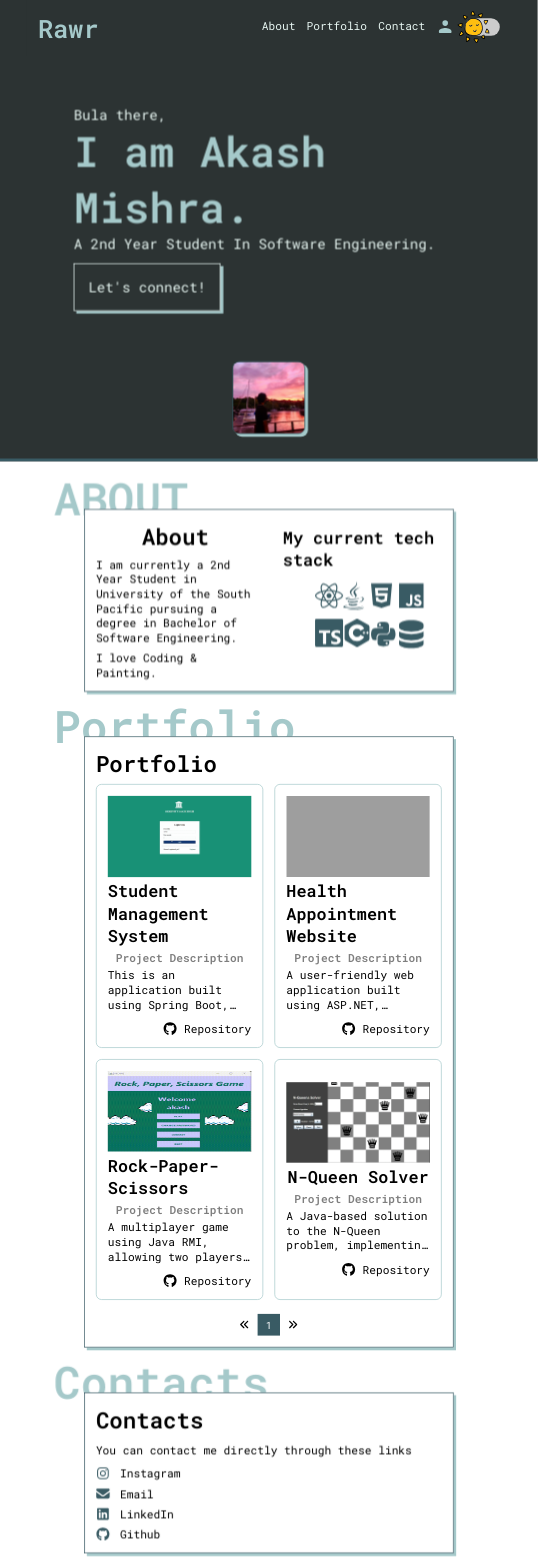
Repository: akashrawr/portfolio
Page: /
These files come from the project's save history. The page is drawn as it stood at one moment and after the next save; the edit follows.
The browser window is 768 px wide. The pictures show the part of the page from y = 0 to 2240 px (the page is 2401 px tall before and 2645 px after), at 70% of full size.
Pictures or frames that could not be fetched are drawn as grey boxes. The project was rebuilt for these pictures with package versions that can differ from the ones it lists, and the page was loaded fresh each time.

Above is the page before, as saved 2025-01-01 21:03:29.

### public/index.html
<!DOCTYPE html>
<html lang="en">
  <head>
    <meta charset="utf-8" />
    <link rel="icon" href="%PUBLIC_URL%/favicon.ico" />
    <meta name="viewport" content="width=device-width, initial-scale=1" />
    <meta name="theme-color" content="#000000" />
    <meta
      name="description"
      content="Personal web Portfolio"
    />
    <link rel="apple-touch-icon" href="%PUBLIC_URL%/logo192.png" />
    <!--
      manifest.json provides metadata used when your web app is installed on a
      user's mobile device or desktop. See https://developers.google.com/web/fundamentals/web-app-manifest/
    -->
    <link rel="manifest" href="%PUBLIC_URL%/manifest.json" />
    <!--
      Notice the use of %PUBLIC_URL% in the tags above.
      It will be replaced with the URL of the `public` folder during the build.
      Only files inside the `public` folder can be referenced from the HTML.

      Unlike "/favicon.ico" or "favicon.ico", "%PUBLIC_URL%/favicon.ico" will
      work correctly both with client-side routing and a non-root public URL.
      Learn how to configure a non-root public URL by running `npm run build`.
    -->
    <title>akashrawr</title>
  </head>
  <body>
    <noscript>You need to enable JavaScript to run this app.</noscript>
    <div id="root"></div>
    <!--
      This HTML file is a template.
      If you open it directly in the browser, you will see an empty page.

      You can add webfonts, meta tags, or analytics to this file.
      The build step will place the bundled scripts into the <body> tag.

      To begin the development, run `npm start` or `yarn start`.
      To create a production bundle, use `npm run build` or `yarn build`.
    -->
  </body>
</html>

### src/App.js
import React, { useState, useEffect } from 'react';
import './App.css';
import AOS from 'aos';
import 'aos/dist/aos.css';

// Import components
import Header from './components/Header';
import Hero from './components/Hero';
import About from './components/About';
import Portfolio from './components/Portfolio';
import Contact from './components/Contact';
import Footer from './components/Footer';

function App() {
  useEffect(() => {
    AOS.init({ once: true, delay: 0 });
  }, []);

  const [isNavVisible, setIsNavVisible] = useState(false);
  const [darkMode, setDarkMode] = useState(false);

  const toggleNav = () => {
    setIsNavVisible(!isNavVisible);
  };

  const toggleDarkMode = () => {
    setDarkMode(!darkMode);
    document.body.classList.toggle('dark-mode', !darkMode);
  };

  return (
    <div>
      <Header
        isNavVisible={isNavVisible}
        toggleNav={toggleNav}
        darkMode={darkMode}
        toggleDarkMode={toggleDarkMode}
      />
      <main>

        <Hero />
        <About />
        <Portfolio />
        <Contact />
      </main>
      <Footer />
    </div>
  );
}

export default App;

### src/App.css
@import url("https://fonts.googleapis.com/css2?family=Roboto+Mono:wght@300;400;600&display=swap");

:root {
  --primary-color: #2c3333;
  --secondary-color: #395b64;
  --accent-1: #a5c9ca;
  --accent-2: #e7f6f2;
  --neutral-1: black;
  --neutral-2: white;
  --neutral-3: white;
  --neutral-4: black;
  --icon-1: #395b64;

  --dark-primary-color: #121212;
  --dark-secondary-color: #1f1f1f;
  --dark-accent-1: #6c757d;
  --dark-accent-2: #adb5bd;
  --dark-neutral-1: #ffffff;
  --dark-neutral-2: #121212;
  --dark-neutral-3:#1f1f1f;
  --dark-neutral-4: #938f8f;
  --dark-icon-1: #938f8f;

}

*,
*::after,
*::before {
  margin: 0;
  padding: 0;
  font-family: "Roboto Mono", monospace;
  box-sizing: border-box;


}

html {
  scroll-behavior: smooth;
}

body {
  overflow-x: hidden;
  background-color: var(--neutral-3);
  color: var(--neutral-1);
  font-family: "Roboto Mono", monospace;
}

body.dark-mode {
  --primary-color: var(--dark-primary-color);
  --secondary-color: var(--dark-secondary-color);
  --accent-1: var(--dark-accent-1);
  --accent-2: var(--dark-accent-2);
  --neutral-1: var(--dark-neutral-1);
  --neutral-2: var(--dark-neutral-2);
  --neutral-3: var(--dark-neutral-3);
  --neutral-4: var(--dark-neutral-4);
  --icon-1:var(--dark-icon-1);
}


/* Navbar styles */

header {
  display: flex;
  align-items: center;
  justify-content: center;

  max-width: 100vw;
  background-color: var(--primary-color);
}

a {
  font-size: 14px;
  text-decoration: none;
}

h1 {
  font-family: "Roboto Mono", monospace;
}

.navbar-nav {
  display: flex;
  align-items: center;
  justify-content: space-between;
  background-color: var(--primary-color);
  padding: 1rem;
  width: 90%;
}

.nav-logo {
  grid-column: 1;
}

.nav-logo > h1 {
  font-size: 30px;
  color: var(--accent-1);
}

.primary-nav {
  display: flex;
  list-style: none;
  gap: 16px;

  grid-column: 2;
  justify-self: end;
}

.mobile-nav-toggle {
  display: none;
  cursor: pointer;
}

.nav-link:link,
.nav-link:visited {
  font-size: 16px;
  color: var(--accent-2);

  transition: 300ms ease-in-out;
}

.nav-link:hover {
  font-weight: 600;
  color: var(--accent-1);
}

.user-icon {
  width: 24px;
  height: 24px;
  fill: var(--accent-1);
  transition: fill 0.3s ease;
}

.user-icon:hover {
  fill: var(--accent-1);
}

/* Dark mode toggle button */
.theme-toggle {
  background: none;
  border: none;
  cursor: pointer;
  padding: 8px;
  display: flex;
  align-items: center;
}

.nav-icons {
  --size: 30px;
  width: var(--size);
  aspect-ratio: 1;
  cursor: pointer;
}



@media only screen and (max-width: 35em) {
  .primary-nav {
    position: fixed;
    top: 0;
    right: 0;
    bottom: 0;
    width: 125px;

    flex-direction: column;
    padding: min(15vh, 3rem) 1rem;
    background-color: var(--primary-color);
    border-left: 2px solid rgb(111, 111, 111); /* Add this line for the left border */

    z-index: 9999;

    transform: translateX(100%);
    transition: transform 350ms ease-out;
  }


  .nav-link:link,
  .nav-link:visited {
    font-size: 15px;
    color: var(--accent-1);
  }

  .primary-nav[data-visible="true"] {
    transform: translateX(0%);
  }

  .mobile-nav-toggle[aria-expanded="true"] {
    background: url('data:[embedded picture, 416 characters]') center center no-repeat;
  }

  .mobile-nav-toggle {
    display: block;
    position: absolute;
    background: url('data:[embedded picture, 417 characters]') center center no-repeat;

    width: 1.25rem;
    aspect-ratio: 1;

    border: none;

    top: 1.4rem;
    right: 2.5rem;
    z-index: 10000;

    transition: 250ms ease-in-out;
  }
}

/* Section styles */

section {
  display: flex;
  align-items: center;
  justify-content: center;

  max-width: 100vw;
  position: relative;
}

/* HERO SECTION */
#hero {
  background-color: var(--primary-color);
  border-bottom: 4px solid var(--icon-1);
  padding: 2.2rem;
}

/* Main container for text and image */
.hero-main-container {
  display: flex;
  flex-wrap: wrap;
  align-items: center;
  justify-content: space-between;
  gap: 16px;
}

/* Text Container */
.hero-container {
  flex: 1;
  display: flex;
  flex-direction: column;
  gap: 16px;
  padding: 2.2rem;
  width: 90%;
  height: 350px;
  animation: fade-in 500ms linear forwards;
}

.hero-text-container > h2 {
  font-size: 28px;
  color: var(--accent-1);
}

.hero-text-container > p {
  font-size: 12px;
  color: var(--accent-2);
}

.hero-button {
  align-self: flex-start;

  font-size: 14px;
  padding: 1em;

  color: var(--accent-2);
  background-color: transparent;

  border: 1px solid var(--accent-2);
  box-shadow: 4px 4px 0px var(--accent-1);

  transition: 300ms ease-in-out;
}

.hero-button:hover {
  background-color: var(--accent-2);
  color: var(--primary-color);
  box-shadow: 6px 6px 0px var(--secondary-color);
}

/* Image Container */
.hero-img {
  flex: 1;
  display: flex;
  justify-content: center;
  align-items: center;
}

.hero-image {
  max-width: 50%;
  height: auto;
  border-radius: 10px;
  box-shadow: 0 4px 8px rgba(0, 0, 0, 0.1);
  border: 1px solid var(--secondary-color);
  background-color: var(--neutral-2);
  box-shadow: 4px 4px 0px var(--accent-1);
}


/* Responsive Styles */
@media screen and (max-width: 768px) {
  .hero-main-container {
    flex-direction: column;
  }

  .hero-img {
    margin-top: 20px;
    max-width: 30%;
    height: auto;
  }

  .hero-text-container {
    text-align: left;
  }
}
.hero-text-container > h2 {
  font-size: 20px;
  color: var(--accent-1);
}
.project-card > h3 {
  font-size: 12px;
  color: var(--secondary-color);
}

/* ABOUT */

#about {
  padding: 2rem;
  margin-top: 36px;
  animation: fade-in 500ms linear forwards;

}

.wave-asset {
  width: 100%;
  position: absolute;

  top: 0;
  left: 0;
}

.about-container {
  display: flex;
  align-items: center;
  justify-content: center;
  background-color: var(--neutral-2);
  width: 90%;
  z-index: 999;
}

.about-card,
.portfolio-card,
.contact-card {
  display: flex;
  flex-direction: column;
  gap: 16px;
  border: 1px solid var(--secondary-color);
  background-color: var(--neutral-2);

  width: 100%;
  padding: 1rem;

  box-shadow: 4px 4px 0px var(--accent-1);
}

.about-content,
.portfolio-content {
  width: 100%;
  display: flex;
  flex-direction: column;
  gap: 8px;
}

.about-content > h2,
.about-content > h3 {
  color: var(--neutral-4);
}

.about-content > p {
  font-size: 12px;
  color: var(--neutral-4);
}

.tech-stack-grid {
  width: 65%;
  display: grid;
  grid-template-columns: repeat(4, 1fr);
  place-items: center;
}

.tech-stack {
  --size: 30px;
  width: var(--size);
  aspect-ratio: 1;
}

/* Portfolio container */

#portfolio {
  padding: 2rem;
  animation: fade-in 500ms linear forwards;
}

.portfolio-container {
  width: 90%;
  z-index: 999;
}

.project-container {
  display: grid;
  grid-template-columns: repeat(2, 1fr);
  gap: 16px;
}

.portfolio-content > h2 {
  color: var(--neutral-4);
}

.project-card {
  display: flex;
  flex-direction: column;
  gap: 4px;

  padding: 1rem;
  border-radius: 8px;
  border: 1px solid var(--accent-1);
}

.project-card > h3 {
  color: var(--neutral-4);
}

.project-card > h5 {
  color: var(--neutral-4);
  opacity: 0.5;
}

.project-card > p {
  font-size: 12px;
  width: 100%;
  display: -webkit-box;
  -webkit-box-orient: vertical;
  -webkit-line-clamp: 3;
  overflow: hidden;
  color: var(--neutral-4);
}

.project-img {
  width: 100%;
  aspect-ratio: 16/9;
}

.project-card-links {
  align-self: flex-end;

  margin-top: 10px;
  display: flex;
  align-items: center;
  gap: 12px;
}

.project-icons {
  --size: 20px;
  width: var(--size);
  aspect-ratio: 1;
}

.project-card-links > a {
  display: flex;
  align-items: center;
  color: var(--neutral-4);
  font-size: 10px;
  gap: 4px;
}

.project-card-links > a:link,
.project-card-links > a:visited {

  color: var(--neutral-4);
}

.project-card-links > a:hover {
  font-weight: 600;
  color: var(--accent-1);
}

/* CONTACT */
#contact {
  padding: 2rem;
  animation: fade-in 500ms linear forwards;
}

.contact-container {
  width: 90%;
  z-index: 999;
}

.contact-card {
  width: 100%;
  gap: 12px;
}
.contact-card > h2 {
    color: var(--neutral-4);
}

.contact-card > p {
  font-size: 12px;
  color: var(--neutral-4);
}

.contact-links {
  display: flex;
  flex-direction: column;
  gap: 8px;
}

.contact-links > a {
  display: flex;
  align-items: center;
  gap: 8px;
}

.contact-links > a:link,
.contact-links > a:visited {
  color: var(--neutral-4);
}

.contact-links > a:hover {
  font-weight: 600;
  color: var(--accent-1);
}
.contact-icons {
  --size: 20px;
  width: var(--size);
  aspect-ratio: 1;
}

/* extras */
.section-highlight {
  font-size: 4rem;
  font-weight: 600;
  opacity: 0.5;
  color: var(--accent-1);

  position: absolute;
  top: 0;
  left: 100px;
}

/* footer */
footer {
  display: flex;
  align-items: center;
  justify-content: center;
  color: var(--accent-2);
  max-width: 100vw;
  background-color: var(--primary-color);
  min-height: 150px;
}

.footer-content {
  text-align: center;
  font-size: 12px;
  width: 90%;

  color: var(--accent-2);
}

.footer-content > a {
  text-decoration: underline;
}

.footer-content > a:link,
.footer-content > a:visited {
  color: var(--accent-2);
}

.footer-content > a:hover {
  color: var(--accent-1);
}
/* media queries */

@media only screen and (max-width: 35em) {
  .hero-container {
    padding: 1rem;
    height: 200px;
  }
  .project-container {
    grid-template-columns: 1fr;
  }
  .tech-stack-grid {
    width: 100%;
  }
  .section-highlight {
    font-size: 3.5rem;
    top: -16px;
    left: 6vw;
  }
}

@media only screen and (min-width: 35em) {
  .hero-container {
    height: 250px;
  }
  .about-container,
  .portfolio-container,
  .contact-container {
    width: 75%;
  }

  .about-card,
  .portfolio-card {
    align-items: center;
    justify-content: center;
    flex-direction: row;
    gap: 20px;
  }

  .section-highlight {
    top: -26px;
    left: 10vw;
  }
}

@media only screen and (min-width: 768px) {
  .nav-logo > h1 {
    font-size: 36px;
  }

  /* hero */
  .hero-container {
    height: 350px;
  }

  .hero-text-container > p {
    font-size: 20px;
  }

  .hero-text-container > h2 {
    font-size: 60px;
  }

  .hero-button {
    font-size: 20px;
  }

  /* about */
  .about-card {
    gap: 40px;
  }

  .about-content > h2 {
    font-size: 32px;
  }

  .about-content > h3 {
    font-size: 24px;
  }

  .about-content > p {
    font-size: 16px;
  }

  .tech-stack-section {
    align-self: flex-start;
    margin-top: 8px;
  }

  .tech-stack {
    --size: 40px;
    width: var(--size);
    aspect-ratio: 1;
  }

  /* portfolio */
  .portfolio-content > h2 {
    font-size: 32px;
  }

  .project-card > h3 {
    font-size: 24px;
  }

  .project-card > h5,
  .project-card > p {
    font-size: 16px;
  }

  .project-card-links > a {
    font-size: 16px;
  }

  /* contacts */
  .contact-card > h2 {
    font-size: 32px;
  }

  .contact-card > p {
    font-size: 16px;
  }

  .contact-links > a {
    font-size: 16px;
  }
  .footer-content,
  .footer-content > a {
    font-size: 16px;
  }
}

@media only screen and (min-width: 1024px) {
  .section-highlight {
    top: -26px;
    left: 10vw;
  }
}

@keyframes fade-in {
  0% {
    opacity: 0;
  }
  100% {
    opacity: 1;
  }
}

/* Adjust specific sections as needed for React-specific behaviors */
.primary-nav.visible {
  transform: translateX(0%);
}

/* The switch - the box around the slider */
.switch {
  position: relative;
  display: inline-block;
  width: 50px;
  height: 25px;
}

/* Hide default HTML checkbox */
.switch input {
  opacity: 0;
  width: 0;
  height: 0;
}

/* The slider */
.slider {
  position: absolute;
  cursor: pointer;
  top: 0;
  left: 0;
  right: 0;
  bottom: 0;
  background-color: #ccc;
  -webkit-transition: .4s;
  transition: .4s;
  border-radius: 25px; /* Rounded edges for the slider */
  display: flex;

  align-items: center;
}

/* Adjust the icon size to 48x48 pixels */
.slider .icon {
  position: absolute;
  width: 48px;
  height: 48px;
  transition: .4s;
}

/* When the input is checked (dark mode is on) */
input:checked + .slider {
  background-color: #3e4346; /* Change background color on check */
}

input:focus + .slider {
  box-shadow: 0 0 1px #2196F3;
}

/* Move the icons when the input is checked (dark mode) */
input:checked + .slider .icon {
  transform: translateX(20px); /* Move the icon to the right */
}

/* Default state (light mode) */
input:not(:checked) + .slider .icon {
  transform: translateX(-15px) translateY(-2px); /* Icon remains in the default position */
  width: 52px; /* Further reduced icon size for very small screens */
  height: 52px; /* Further reduced icon size for very small screens */
}

.about-icon {
  color: var(--icon-1); /* Change to any shade of blue you prefer */
  font-size: 3rem; /* Adjust size as needed */
  margin: 0.5rem;
}

.project-icons {
  margin-right: 0.5rem; /* Space between icon and text */
  font-size: 1.5rem; /* Adjust icon size */
  color: inherit; /* Match the color of the link */
}

.contact-icons {
  margin-right: 0.5rem; /* Space between icon and text */
  font-size: 1.5rem; /* Adjust icon size */
  color: var(--icon-1);
}

/* Responsive Adjustments */
@media (max-width: 768px) {
  .about-icon {
    font-size: 2.5rem; /* Slightly smaller on smaller devices */
    margin: 0.4rem;
  }

  .project-icons {
    font-size: 1.2rem; /* Smaller icon size on smaller screens */
    margin-right: 0.4rem;
  }

  .contact-icons {
    font-size: 1.2rem; /* Smaller icon size on smaller screens */
    margin-right: 0.4rem;
  }
}

@media (max-width: 480px) {
  .about-icon {
    font-size: 2rem; /* Even smaller on very small devices */
    margin: 0.3rem;
  }

  .project-icons {
    font-size: 1rem; /* Further reduced icon size for very small screens */
    margin-right: 0.3rem;
  }

  .contact-icons {
    font-size: 1rem; /* Further reduced icon size for very small screens */
    margin-right: 0.3rem;
  }
}

.pagination {
  display: flex;
  justify-content: center;
  align-items: center;
  margin-top: 1rem;
}

.pagination a {
  color: var(--neutral-4);
  padding: 8px 16px;
  text-decoration: none;
}

.pagination a.active {
  background-color: #395b64;
  color: white;
}

.pagination a:disabled {
  color: grey;
  pointer-events: none;
}

/* Responsive Adjustments */
@media (max-width: 768px) {
  .pagination a {
    padding: 6px 12px; /* Smaller padding for smaller screens */
    font-size: 0.9rem; /* Slightly smaller font size */
  }

  .pagination {
    margin-top: 0.75rem; /* Adjust margin top for smaller screens */
  }
}

@media (max-width: 480px) {
  .pagination a {
    padding: 4px 8px; /* Even smaller padding for very small screens */
    font-size: 0.8rem; /* Smaller font size for very small screens */
  }

  .pagination {
    margin-top: 0.5rem; /* Adjust margin top for very small screens */
  }
}

### src/components/Hero.js
import React from 'react';

function Hero() {
  return (
    <section id="hero">
      <div className="hero-main-container">
        {/* Text and Button Container */}
        <div className="hero-container">
          <div className="hero-text-container" data-aos="fade-up">
            <p>Bula there,</p>
            <h2>I am Akash Mishra.</h2>
            <p>A 2nd Year Student In Software Engineering.</p>
          </div>
          <a href="#contact" className="hero-button" data-aos="fade-up">
            Let's connect!
          </a>
        </div>

        {/* Image Container */}
        <div className="hero-img" data-aos="fade-up">
          <img className="hero-image" src="./assets/images/akash.jpg" alt="akash" />
        </div>
      </div>
    </section>
  );
}

export default Hero;

### src/components/About.js
import React from 'react';
import { FontAwesomeIcon } from '@fortawesome/react-fontawesome';
import { faReact, faJava, faHtml5, faJs, faPython } from '@fortawesome/free-brands-svg-icons';
import { SiTypescript, SiCplusplus } from 'react-icons/si';
import { faDatabase } from '@fortawesome/free-solid-svg-icons';

function About() {
  return (
    <section id="about">
      <div className="section-highlight" data-aos="fade-up">ABOUT</div>
      <div className="about-container" data-aos="fade-up">
        <div className="about-card">
          <section className="about-content">
            <h2>About</h2>
            <p>I am currently a 2nd Year Student in University of the South Pacific pursuing a degree in Bachelor of Software Engineering.</p>
            <p>I love Coding & Painting.</p>
          </section>

          <section className="about-content tech-stack-section">
            <h3>My current tech stack</h3>
            <div className="tech-stack-grid">
              <div className="tech-stack">
                <FontAwesomeIcon icon={faReact} className="about-icon" />
              </div>
              <div className="tech-stack">
                <FontAwesomeIcon icon={faJava} className="about-icon" />
              </div>
              <div className="tech-stack">
                <FontAwesomeIcon icon={faHtml5} className="about-icon" />
              </div>
              <div className="tech-stack">
                <FontAwesomeIcon icon={faJs} className="about-icon" />
              </div>
              <div className="tech-stack">
                <SiTypescript className="about-icon ts-icon" />
              </div>
              <div className="tech-stack">
                <SiCplusplus className="about-icon cpp-icon" />
              </div>
              <div className="tech-stack">
                <FontAwesomeIcon icon={faPython} className="about-icon" />
              </div>
              <div className="tech-stack">
                <FontAwesomeIcon icon={faDatabase} className="about-icon" />
              </div>
            </div>
          </section>
        </div>
      </div>
    </section>
  );
}

export default About;

### src/components/Contact.js
import React from 'react';
import { FontAwesomeIcon } from '@fortawesome/react-fontawesome';
import {
  faInstagram,
  faGithub,
  faLinkedin
} from '@fortawesome/free-brands-svg-icons';
import {
  faEnvelope
} from '@fortawesome/free-solid-svg-icons';

function Contact() {
  return (
    <section id="contact">
      <h2 className="section-highlight" data-aos="fade-up">Contacts</h2>
      <div className="contact-container" data-aos="fade-up">
        <div className="contact-card">
          <h2>Contacts</h2>
          <p>You can contact me directly through these links</p>

          <div className="contact-links">
            <a href="https://www.instagram.com/_acnologxa" className="contact-link">
              <FontAwesomeIcon icon={faInstagram} className="contact-icons" />
              Instagram
            </a>

            <a href="mailto:akashkm553@gmail.com" className="contact-link">
              <FontAwesomeIcon icon={faEnvelope} className="contact-icons" />
              Email
            </a>

            <a href="https://www.linkedin.com/in/akashmishra-rawr" className="contact-link">
              <FontAwesomeIcon icon={faLinkedin} className="contact-icons" />
              LinkedIn
            </a>

            <a href="https://github.com/akashrawr" className="contact-link">
              <FontAwesomeIcon icon={faGithub} className="contact-icons" />
              Github
            </a>
          </div>
        </div>
      </div>
    </section>
  );
}

export default Contact;

### src/components/Footer.js
import React from 'react';

function Footer() {
  return (
    <footer>
      <div className="footer-content">
        © Portfolio by Akash Mishra <br/>
        <a href="#hero">Back to the top</a>
        <div className="nav-logo">
          <h1>Rawr</h1>
        </div>
      </div>

    </footer>
  );
}

export default Footer;

Loaded but not shown: src/index.js (common file); src/index.css (common file); src/reportWebVitals.js (common file); src/components/Header.js (84 lines, source omitted); src/components/Portfolio.js (95 lines, source omitted); src/data/projects.js (76 lines, source omitted)

After the next save:
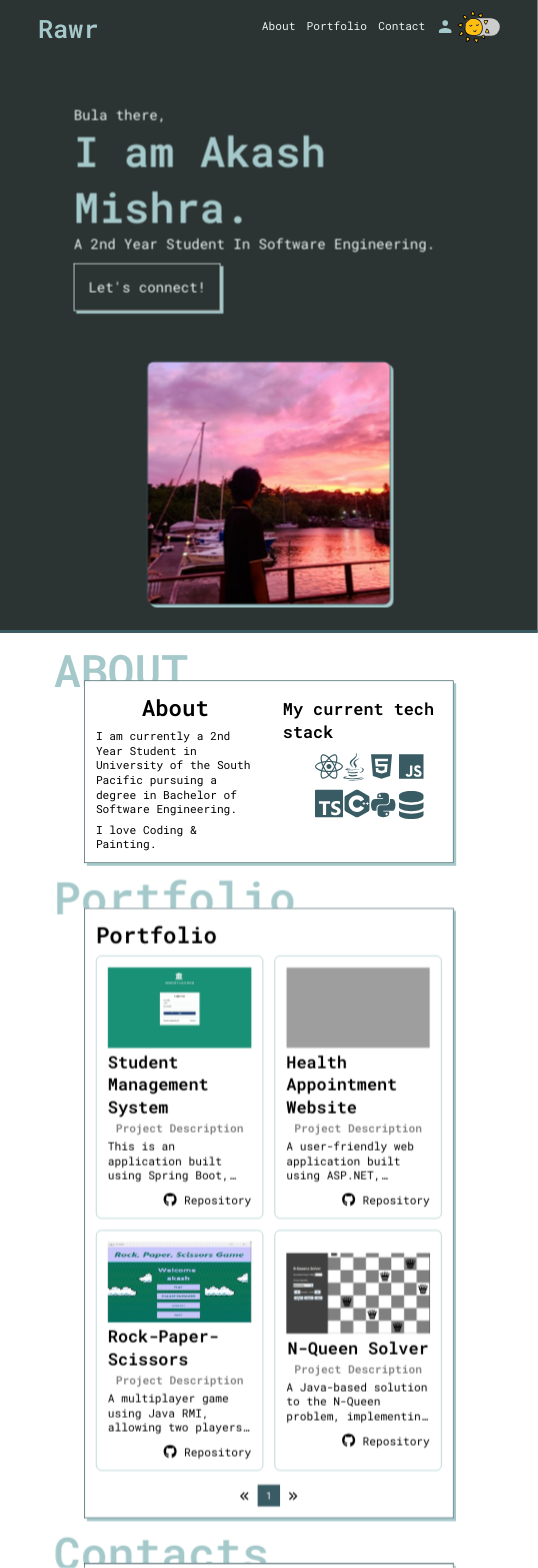
Saved 7 s later.
--- a/src/App.css
+++ b/src/App.css
@@ -302,8 +302,6 @@ section {
 
   .hero-img {
     margin-top: 20px;
-    max-width: 30%;
-    height: auto;
   }
 
   .hero-text-container {
